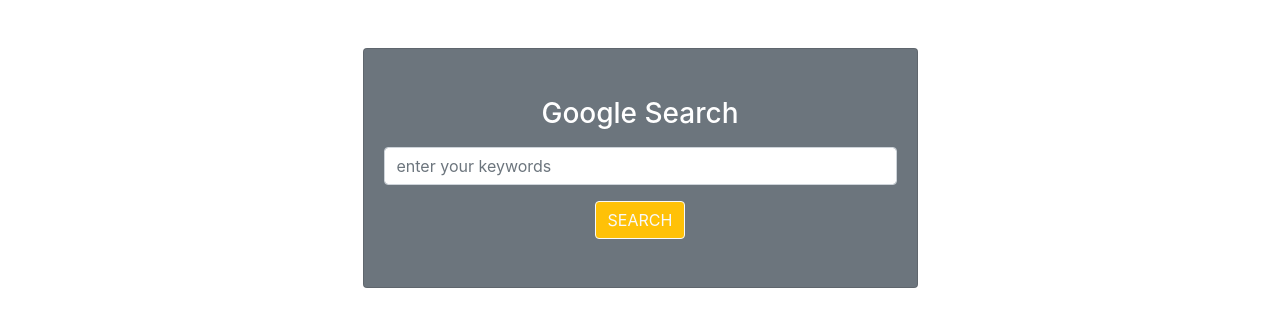
Repository: nksharma514/spring
Page: http://localhost/com.springmvc.search/home
An editor plug-in stored every save of this project. The page is shown before and after the next save, followed by the edit.
The browser window is 1280 px wide. The pictures show the whole page.
Some web libraries are served in a nearby version. The page is served by Tomcat 9.

Above is the page before, as saved 2023-08-14 21:12:54.

After the next save:
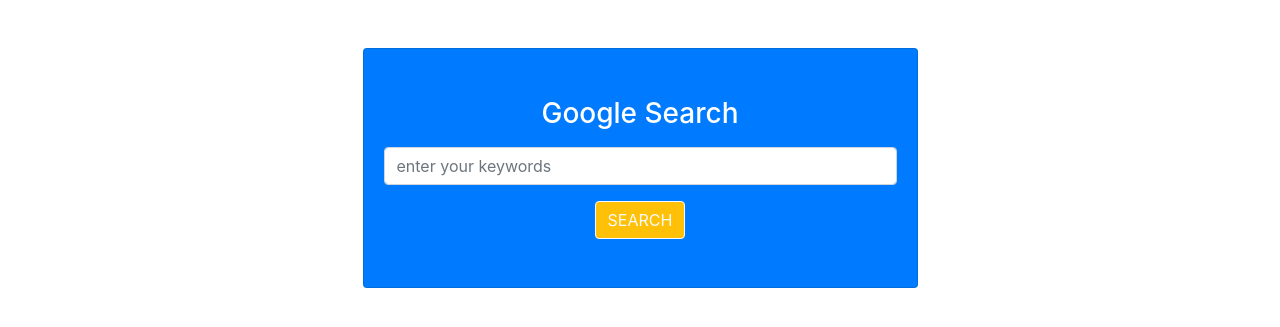
Saved 32 s later.
--- a/com.springmvc.search/src/main/webapp/WEB-INF/views/home.jsp
+++ b/com.springmvc.search/src/main/webapp/WEB-INF/views/home.jsp
@@ -19,7 +19,7 @@
 <body>
 
 	<div class="container">
-		<div class="card mx-auto mt-5 bg-secondary" style="width: 50%">
+		<div class="card mx-auto mt-5 bg-primary" style="width: 50%">
 			<div class="card-body py-5">
 
 				<h3 class="text-center text-white">Google Search</h3>
